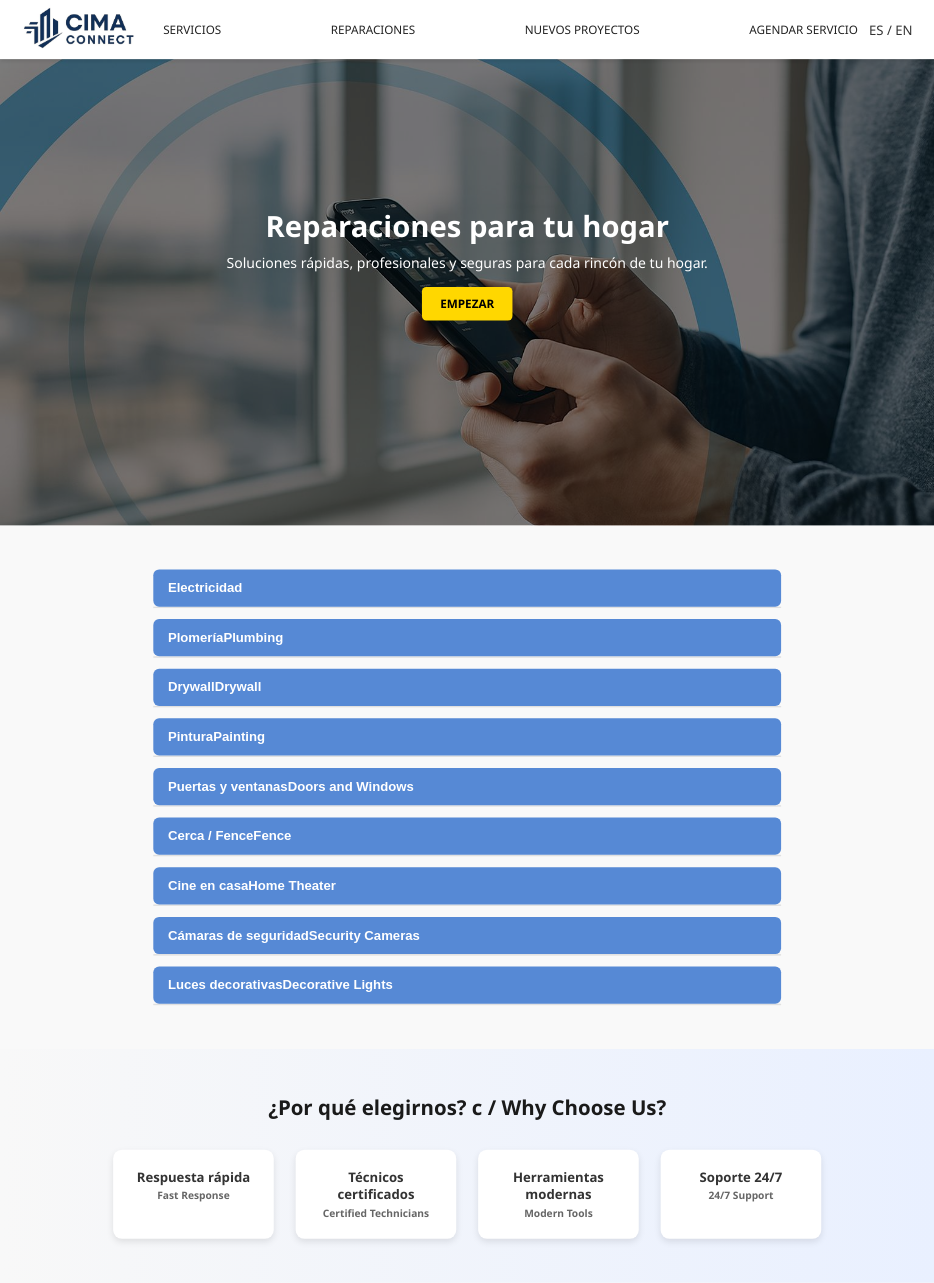
Repository: medranokaren/cima-connect
Page: reparaciones.html
These files come from the project's save history. The page is drawn as it stood at one moment and after the next save; the edit follows.
The browser window is 1280 px wide. The pictures show the whole page, at 73% of full size.

Above is the page before, as saved 2025-07-28 20:09:06.

### reparaciones.html
 <!DOCTYPE html>
<html lang="es">
<head>
  <meta charset="UTF-8" />
  <meta name="viewport" content="width=device-width, initial-scale=1.0"/>
  <title>Reparaciones | CIMA CONNECT</title>
  <link rel="stylesheet" href="style.css" />
</head>
<body>
<header class="menu-bar">
  <a href="index.html">
    <img src="logo5.jpg" alt="CIMA CONNECT Logo" class="logo-header">
  </a>
  <nav class="main-nav">
    <ul>
      <li><a href="servicios.html"><span class="es">SERVICIOS</span><span class="en" style="display:none;">SERVICES</span></a></li>
      <li><a href="reparaciones.html"><span class="es">REPARACIONES</span><span class="en" style="display:none;">REPAIRS</span></a></li>
      <li><a href="index.html#proyectos"><span class="es">NUEVOS PROYECTOS</span><span class="en" style="display:none;">NEW PROJECTS</span></a></li>
      <li><a href="index.html#agenda"><span class="es">AGENDAR SERVICIO</span><span class="en" style="display:none;">BOOK SERVICE</span></a></li>
    </ul>
  </nav>
  <div class="lang-switch" onclick="toggleLang()">ES / EN</div>
</header>

<section class="hero-reparaciones">
  <img src="reparacionesportada.jpg" alt="Reparaciones CIMA CONNECT">
  <div class="overlay-hero">
    <h1><span class="es">Reparaciones para tu hogar</span><span class="en" style="display:none;">Home Repair Services</span></h1>
    <p><span class="es">Soluciones rápidas, profesionales y seguras para cada rincón de tu hogar.</span><span class="en" style="display:none;">Fast, professional, and safe solutions for every corner of your home.</span></p>
    <a href="#acordeon" class="btn-empezar"><span class="es">EMPEZAR</span><span class="en" style="display:none;">GET STARTED</span></a>
  </div>
</section>

<section id="acordeon" class="acordeon-container">

  <!--  Electricidad -->
  <div class="acordeon-item">
    <button class="acordeon-boton"> <span class="es">Electricidad</span><span class="en" style="display:none;">Electricity</span></button>
    <div class="acordeon-contenido">
      <ul>
        <li><span class="es">Cambiar focos</span><span class="en">Change light bulbs</span></li>
        <li><span class="es">Agregar breaker</span><span class="en">Add breaker</span></li>
        <li><span class="es">Revisión de corto</span><span class="en">Short circuit check</span></li>
        <li><span class="es">Instalación de abanico</span><span class="en">Fan installation</span></li>
        <li><span class="es">Panel o subpanel</span><span class="en">Panel or subpanel</span></li>
      </ul>
      <button class="btn-agendar"><span class="es">AGENDAR</span><span class="en">BOOK</span></button>
    </div>
  </div>

  <!--  Plomería -->
  <div class="acordeon-item">
    <button class="acordeon-boton"> <span class="es">Plomería</span><span class="en">Plumbing</span></button>
    <div class="acordeon-contenido">
      <ul>
        <li><span class="es">Fugas en fregadero</span><span class="en">Sink leaks</span></li>
        <li><span class="es">Cambio de grifo</span><span class="en">Faucet replacement</span></li>
        <li><span class="es">Reemplazo de inodoro</span><span class="en">Toilet replacement</span></li>
        <li><span class="es">Destapar regadera</span><span class="en">Unclog shower</span></li>
        <li><span class="es">Instalación de calentador</span><span class="en">Water heater installation</span></li>
      </ul>
      <button class="btn-agendar"><span class="es">AGENDAR</span><span class="en">BOOK</span></button>
    </div>
  </div>

  <!--  Drywall -->
  <div class="acordeon-item">
    <button class="acordeon-boton"> <span class="es">Drywall</span><span class="en">Drywall</span></button>
    <div class="acordeon-contenido">
      <ul>
        <li><span class="es">Tapar agujeros</span><span class="en">Patch holes</span></li>
        <li><span class="es">Reemplazar paneles</span><span class="en">Replace panels</span></li>
        <li><span class="es">Aplicar textura</span><span class="en">Apply texture</span></li>
        <li><span class="es">Reparar humedad</span><span class="en">Fix moisture damage</span></li>
        <li><span class="es">Parches por impacto</span><span class="en">Impact patches</span></li>
      </ul>
      <button class="btn-agendar"><span class="es">AGENDAR</span><span class="en">BOOK</span></button>
    </div>
  </div>

  <!--  Pintura -->
  <div class="acordeon-item">
    <button class="acordeon-boton"> <span class="es">Pintura</span><span class="en">Painting</span></button>
    <div class="acordeon-contenido">
      <ul>
        <li><span class="es">Pintura de cuarto completo</span><span class="en">Full room painting</span></li>
        <li><span class="es">Retocar pintura</span><span class="en">Touch-up paint</span></li>
        <li><span class="es">Pintar molduras</span><span class="en">Trim & door painting</span></li>
        <li><span class="es">Sellado previo</span><span class="en">Pre-sealing</span></li>
        <li><span class="es">Pintura de techos</span><span class="en">Ceiling painting</span></li>
      </ul>
      <button class="btn-agendar"><span class="es">AGENDAR</span><span class="en">BOOK</span></button>
    </div>
  </div>

  <!--  Puertas y Ventanas -->
  <div class="acordeon-item">
    <button class="acordeon-boton"> <span class="es">Puertas y ventanas</span><span class="en">Doors and Windows</span></button>
    <div class="acordeon-contenido">
      <ul>
        <li><span class="es">Ajuste de puerta</span><span class="en">Door adjustment</span></li>
        <li><span class="es">Cambio de manija</span><span class="en">Handle replacement</span></li>
        <li><span class="es">Instalación de puerta</span><span class="en">New door install</span></li>
        <li><span class="es">Sellado de ventana</span><span class="en">Window sealing</span></li>
      </ul>
      <button class="btn-agendar"><span class="es">AGENDAR</span><span class="en">BOOK</span></button>
    </div>
  </div>

  <!--  Fence -->
  <div class="acordeon-item">
    <button class="acordeon-boton"> <span class="es">Cerca / Fence</span><span class="en">Fence</span></button>
    <div class="acordeon-contenido">
      <ul>
        <li><span class="es">Reparar fence</span><span class="en">Fix broken fence</span></li>
        <li><span class="es">Cambiar tablas</span><span class="en">Replace boards</span></li>
        <li><span class="es">Ajuste de portón</span><span class="en">Gate adjustment</span></li>
        <li><span class="es">Pintura o sellado</span><span class="en">Paint/seal fence</span></li>
      </ul>
      <button class="btn-agendar"><span class="es">AGENDAR</span><span class="en">BOOK</span></button>
    </div>
  </div>

  <!--  Cine en casa -->
  <div class="acordeon-item">
    <button class="acordeon-boton"> <span class="es">Cine en casa</span><span class="en">Home Theater</span></button>
    <div class="acordeon-contenido">
      <ul>
        <li><span class="es">Instalación de bocinas</span><span class="en">Speaker installation</span></li>
        <li><span class="es">Instalación de proyector</span><span class="en">Projector setup</span></li>
        <li><span class="es">Configuración de audio</span><span class="en">Audio configuration</span></li>
        <li><span class="es">Cableado oculto</span><span class="en">Hidden wiring</span></li>
      </ul>
      <button class="btn-agendar"><span class="es">AGENDAR</span><span class="en">BOOK</span></button>
    </div>
  </div>

  <!--  Cámaras -->
  <div class="acordeon-item">
    <button class="acordeon-boton"> <span class="es">Cámaras de seguridad</span><span class="en">Security Cameras</span></button>
    <div class="acordeon-contenido">
      <ul>
        <li><span class="es">Instalación de cámaras</span><span class="en">Camera installation</span></li>
        <li><span class="es">Configuración de app</span><span class="en">App configuration</span></li>
        <li><span class="es">Ajuste de ángulos</span><span class="en">Angle adjustments</span></li>
        <li><span class="es">Revisión del sistema</span><span class="en">System check</span></li>
      </ul>
      <button class="btn-agendar"><span class="es">AGENDAR</span><span class="en">BOOK</span></button>
    </div>
  </div>

  <!--  Luces decorativas -->
  <div class="acordeon-item">
    <button class="acordeon-boton"> <span class="es">Luces decorativas</span><span class="en">Decorative Lights</span></button>
    <div class="acordeon-contenido">
      <ul>
        <li><span class="es">Instalación navideña</span><span class="en">Holiday installation</span></li>
        <li><span class="es">Luces LED inteligentes</span><span class="en">Smart LED lights</span></li>
        <li><span class="es">Colocación en techos</span><span class="en">Roof/railing lights</span></li>
      </ul>
      <button class="btn-agendar"><span class="es">AGENDAR</span><span class="en">BOOK</span></button>
    </div>
  </div>

</section>

<!--  seccion tarjetas -->
  <section class="why-choose">
  <h2>¿Por qué elegirnos? c / Why Choose Us?</h2>
  <div class="features">
    <div class="feature-box">
      <i class="fas fa-bolt"></i>
      <h3>Respuesta rápida<br><span>Fast Response</span></h3>
    </div>
    <div class="feature-box">
      <i class="fas fa-user-hard-hat"></i>
      <h3>Técnicos certificados<br><span>Certified Technicians</span></h3>
    </div>
    <div class="feature-box">
      <i class="fas fa-tools"></i>
      <h3>Herramientas modernas<br><span>Modern Tools</span></h3>
    </div>
    <div class="feature-box">
      <i class="fas fa-headset"></i>
      <h3>Soporte 24/7<br><span>24/7 Support</span></h3>
    </div>
  </div>
</section>



<script src="script.js"></script>
</body>
</html>

Loaded but not shown: script.js (266 lines, source omitted); style.css (1347 lines, source omitted)

After the next save:
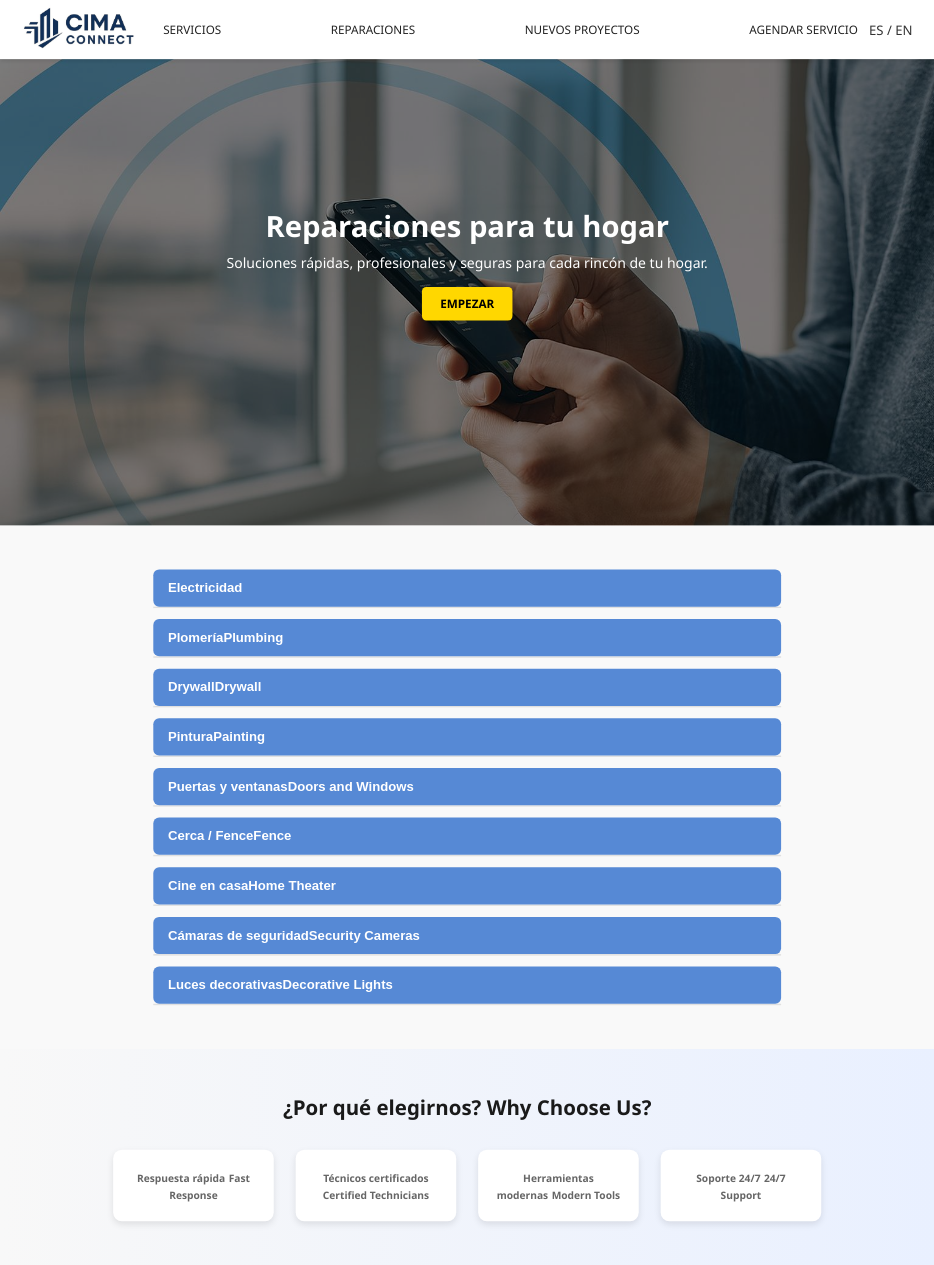
Saved 3 s later.
--- a/reparaciones.html
+++ b/reparaciones.html
@@ -164,28 +164,45 @@
 
 </section>
 
-<!--  seccion tarjetas -->
-  <section class="why-choose">
-  <h2>¿Por qué elegirnos? c / Why Choose Us?</h2>
+
+  <!-- sección tarjetas -->
+<section class="why-choose">
+  <h2>
+    <span class="es">¿Por qué elegirnos?</span>
+    <span class="en">Why Choose Us?</span>
+  </h2>
   <div class="features">
     <div class="feature-box">
       <i class="fas fa-bolt"></i>
-      <h3>Respuesta rápida<br><span>Fast Response</span></h3>
+      <h3>
+        <span class="es">Respuesta rápida</span>
+        <span class="en">Fast Response</span>
+      </h3>
     </div>
     <div class="feature-box">
       <i class="fas fa-user-hard-hat"></i>
-      <h3>Técnicos certificados<br><span>Certified Technicians</span></h3>
+      <h3>
+        <span class="es">Técnicos certificados</span>
+        <span class="en">Certified Technicians</span>
+      </h3>
     </div>
     <div class="feature-box">
       <i class="fas fa-tools"></i>
-      <h3>Herramientas modernas<br><span>Modern Tools</span></h3>
+      <h3>
+        <span class="es">Herramientas modernas</span>
+        <span class="en">Modern Tools</span>
+      </h3>
     </div>
     <div class="feature-box">
       <i class="fas fa-headset"></i>
-      <h3>Soporte 24/7<br><span>24/7 Support</span></h3>
+      <h3>
+        <span class="es">Soporte 24/7</span>
+        <span class="en">24/7 Support</span>
+      </h3>
     </div>
   </div>
 </section>
+
 
 
 
